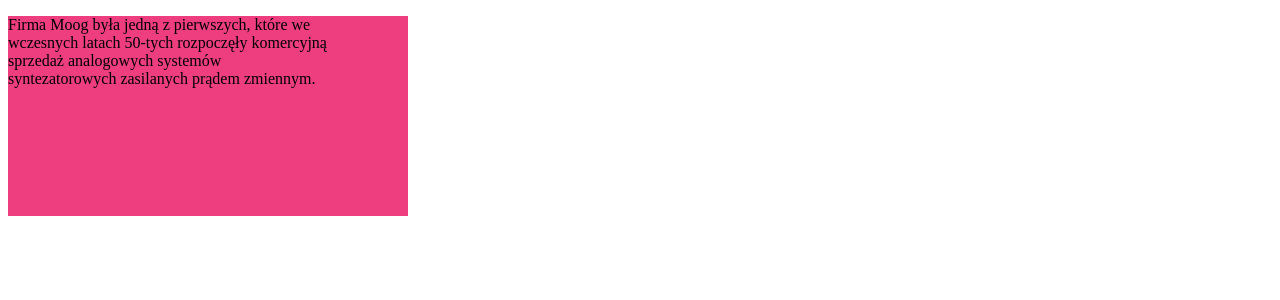
Repository: Lenerystia/HTML
Page: Rozdział 13/width-hight.html
These files come from the project's save history. The page is drawn as it stood at one moment and after the next save; the edit follows.
The browser window is 1280 px wide. The pictures show the whole page.

Above is the page before, as saved 2022-02-14 10:28:23.

### Rozdział 13/width-hight.html
<!DOCTYPE html>
<head>
    <meta charset="UTF-8">
    <title>Właściwości width oraz height</title>
    <style type="text/css">
        div{
            width: 400px;
            height: 200px;
            background-color: #ee3e80;
        }
        p{
            width: 80%;
            height: 80%;
        }
    </style>
</head>
<body>
    <div>
        <p>Firma Moog była jedną z pierwszych, które we wczesnych latach 50-tych rozpoczęły komercyjną sprzedaż analogowych systemów syntezatorowych zasilanych prądem zmiennym.</p>
    </div>
</body>
</html>

After the next save:
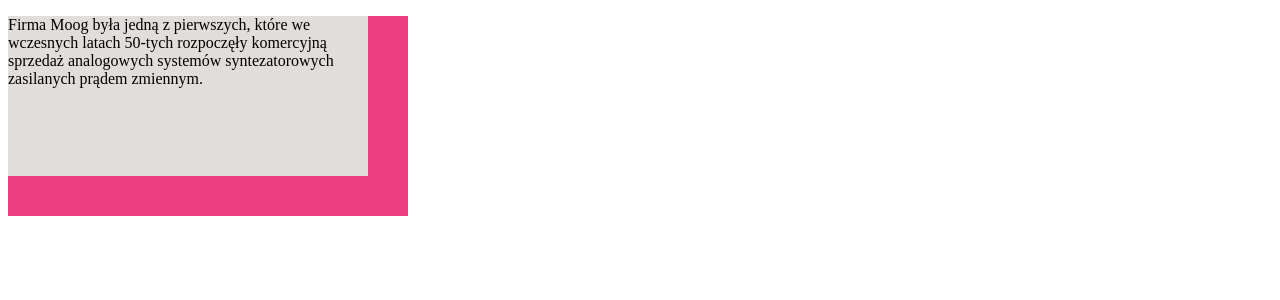
Saved 13 s later.
--- a/Rozdział 13/width-hight.html
+++ b/Rozdział 13/width-hight.html
@@ -9,8 +9,9 @@
             background-color: #ee3e80;
         }
         p{
-            width: 80%;
+            width: 90%;
             height: 80%;
+            background-color: #e1ddda;
         }
     </style>
 </head>
